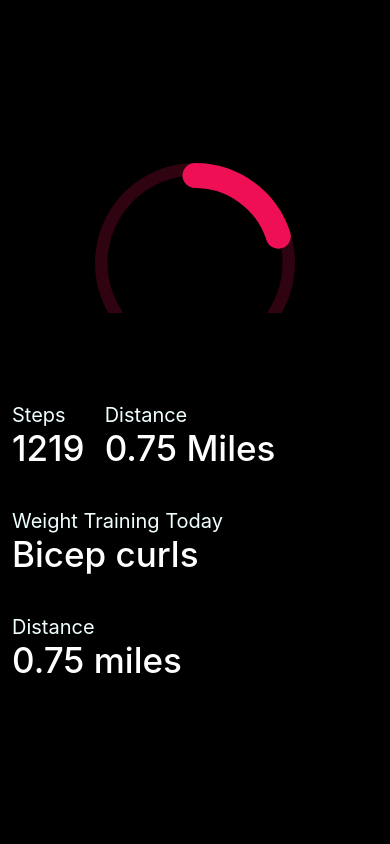
Repository: JamesPesenti/JiMTracker
Screen: /
The author's editor kept a copy of each file at every save. The screen is drawn from the files as they stood at one save, then again after the next save.
The app was drawn by React Native's web renderer in a window 390 px wide. The project was rebuilt for these pictures with package versions that can differ from the ones it lists, and the page was loaded fresh each time.

Above is the screen before, as saved 2023-06-16 15:02:47.

### App.tsx
import { StatusBar } from 'expo-status-bar';
import { StyleSheet, Text, View } from 'react-native';
import Value from "./src/components/Value"
import RingProgress from './src/components/RingProgress';



export default function App() {
  return (
    <View style={styles.container}>
       <RingProgress progress={0.25} />
       <View style={{flexDirection: "row", gap: 20}}>
          <Value label="Steps" value="1219" />
          <Value label="Distance" value="0.75 Miles" />
       </View>
          {/* Training */}
           <View>
              <Text style={styles.label}>Weight Training Today</Text>
              <Text style={styles.amount}>Bicep curls</Text>
           </View>

        <View style={{flexDirection: 'row'}}>
          {/* new */}
          <View>
              <Text style={styles.label}>Distance</Text>
              <Text style={styles.amount}>0.75 miles</Text>
          </View>
        </View>
      <StatusBar style="auto" />
    </View>
  );
}

const styles = StyleSheet.create({
  container: {
    flex: 1,
    backgroundColor: 'black',
    justifyContent: 'center',
    padding: 12,
    marginHorizontal: 0,
    gap: 40,
  },
  label: {
    color: "azure",
    fontSize: 20,
  },
  amount: {
    color: "white",
    fontSize: 35,
    fontWeight: "500"
  }
});

### src/components/Value.tsx
import { StyleSheet, Text, View } from 'react-native';

type ValueProps = {
  label: string;
  value: string;
}

const Value = ({ label, value }: ValueProps) => {
  return (
    <>
     <View>
      <Text style={styles.label}>{label}</Text>
      <Text style={styles.amount}>{value}</Text>
     </View>
    </>
  )
}

export default Value

const styles = StyleSheet.create({
   label: {
      color: "azure",
      fontSize: 20,
    },
    amount: {
      color: "white",
      fontSize: 35,
      fontWeight: "500"
    }
})

### src/components/RingProgress.tsx
import { StyleSheet, Text, View } from 'react-native'
import SVG, { Circle } from 'react-native-svg'

type RingProgressProps = {
   radius?: number;
   strokeWidth?: number;
   progress: number
}

const color = "#EE0F55"

const RingProgress = ({radius = 100, strokeWidth = 25, progress}: RingProgressProps) => {

   const innerRadius = radius - strokeWidth / 2
   const circumference = 2 * Math.PI * innerRadius

  return (
    <View style={{ width: radius * 2, height: radius * 2, alignSelf: "center"}}>
      <SVG>
         {/* background */}
         <Circle
            r={innerRadius}
            cx={radius}
            cy={radius}
            strokeWidth={strokeWidth}
            stroke={color}
            opacity={0.2}
         />
         {/* foreground */}
         <Circle
            r={innerRadius}
            cx={radius}
            cy={radius}
            originX={radius}
            originY={radius}
            rotation="-90"
            strokeWidth={strokeWidth}
            stroke={color}
            strokeLinecap="round"
            strokeDasharray={[circumference * .20, circumference]}
         />
      </SVG>
    </View>
  )
}

export default RingProgress

const styles = StyleSheet.create({})

After the next save:
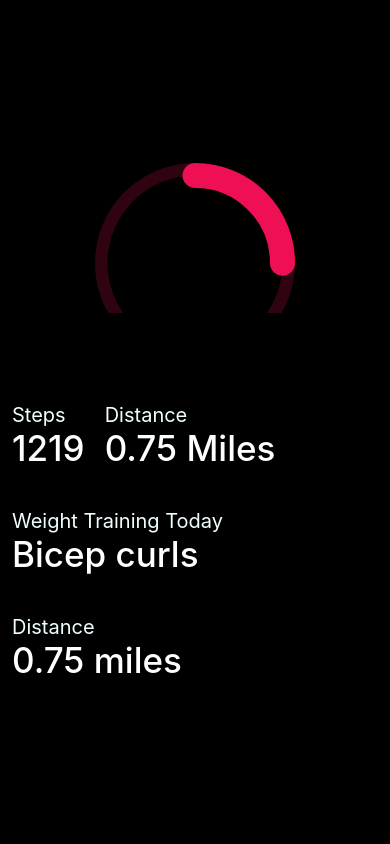
Saved 28 s later.
--- a/src/components/RingProgress.tsx
+++ b/src/components/RingProgress.tsx
@@ -37,7 +37,7 @@ const RingProgress = ({radius = 100, strokeWidth = 25, progress}: RingProgressPr
             strokeWidth={strokeWidth}
             stroke={color}
             strokeLinecap="round"
-            strokeDasharray={[circumference * .20, circumference]}
+            strokeDasharray={[circumference * progress, circumference]}
          />
       </SVG>
     </View>
